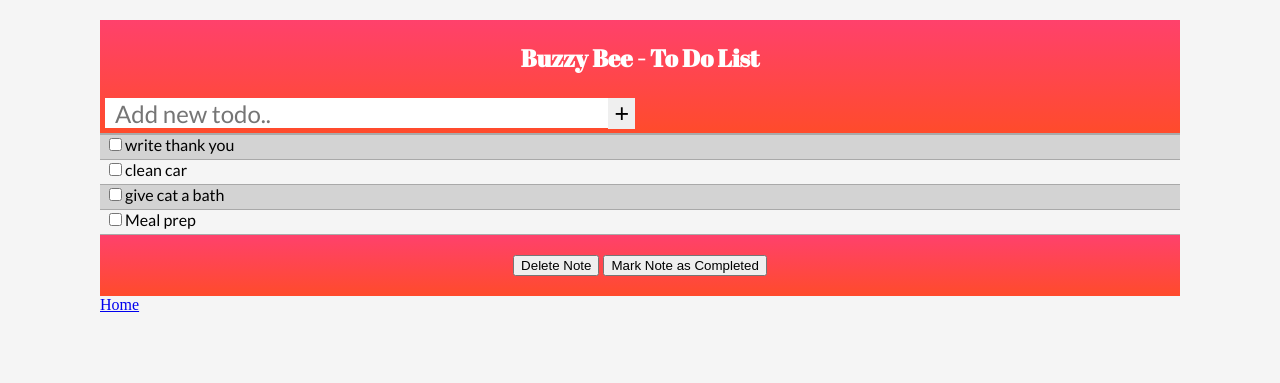
Repository: seleniadelgado/backend-spring2020-angie
Page: projects/todo/public_html/index.html
An editor plug-in stored every save of this project. The page is shown before and after the next save, followed by the edit.
The browser window is 1280 px wide. The pictures show the whole page.
The page's requests for data from a server got no answer.

Above is the page before, as saved 2020-05-13 16:08:25.

### projects/todo/public_html/index.html
<!DOCTYPE html>

<html lang="en">
    <head>
        <meta charset="utf-8">
        <title>Buzzy Bee <br> To Do List</title>
        <meta name="description" content="The HTML5 Herald">
        <meta name="author" content="SitePoint">
        <link rel="stylesheet" href="styles.css">
        <link href="https://fonts.googleapis.com/css2?family=Abril+Fatface&family=Lato&display=swap" rel="stylesheet">
        <script
            src="https://code.jquery.com/jquery-3.5.0.min.js"
            integrity="sha256-xNzN2a4ltkB44Mc/Jz3pT4iU1cmeR0FkXs4pru/JxaQ="
            crossorigin="anonymous">
        </script>
</head>
<body>
    <main>
    <div class="sectionTitle">
        <div class="appTitle">
            <h2>Buzzy Bee - To Do List</h2>
        </div>
        <div id="addNote">
            <input type="text" id="newNote" placeholder="Add new todo..">
            <button id="addBtn" type="button">+</button>
        </div>
    </div>

    <ul id="myList">
        <li><label class="container"><input type="checkbox"><span class="checkmark">write thank you</span></label></li>
        <li><label class="container"><input type="checkbox"><span class="checkmark">clean car</span></label></li>
        <li><label class="container"><input type="checkbox"><span class="checkmark">give cat a bath</span></label></li>
        <li><label class="container"><input type="checkbox"><span class="checkmark">Meal prep</span></label></li>
    </ul>
    <div class="buttonsArea">
        <button type="button">Delete Note</button>
        <button type="button">Mark Note as Completed</button>
    </div>

</main>




















    <a href="http://localhost:3000/">Home</a>



    <script>
        $(document).ready(() => {
            let objectToSend = {
                note: "Do somethings",
                author: "Nick"
            }

            $.post("http://localhost:3000/newNote", objectToSend, (dataToGet) => {
                console.log(dataToGet);
            });
            $.post("http://localhost:3000/readNotes", {}, (dataToGet) => {
                let allNotesArray = dataToGet.notes;

                console.log(allNotesArray);
            })
        })

        //import the data from default user
        // make JSON into JS with parse.
        //with the list we want to populate our ul.
        //use jquery to access the dom, grab the string
        //loop over notes
        //add the note as an li to the ul
        //  Create li with jquery.
        //  target the ul with jquery and append the li.
        //note: $('<li></li>'')
        //      $('ul') -> a jquery list which holds the ul.
        //      get 1st element from the array

    </script>
</body>
</html>

### projects/todo/public_html/styles.css
:root {
    --main-color: linear-gradient(#FF416C, #FF4B2B);
    --background-color: whitesmoke;
    --title-font: 'Abril Fatface', cursive, sans-serif;
    --list-font: 'Lato', sans-serif;
}

html {
    background: var(--background-color);
    height: 100%;
}
* {
    box-sizing: border-box;
}
body {
    margin: 0px 100px 75px 100px;
}

.sectionTitle {
    background: var(--main-color);
    text-align: center;
    border-bottom: 2px solid darkgray;
    margin-top: 0%;
    font-family: var(--title-font);
}

.appTitle h2 {
    color: white;
    padding-top: 2%;
}
#addNote {
    display: flex;
    align-items: flex-start;
    padding: 5px;
    height: 30px;
    width: 50%;
    margin-bottom: 10px;
    font-family: 'Gill Sans', 'Gill Sans MT', Calibri, 'Trebuchet MS', sans-serif;
}
#addBtn {
    margin-left: 0%;
    font-size: 25px;
    color: none;
    border: none;
    background: light-grey;
}
#newNote {
    border: none;
    width: 100%;
    height: 150%;
    font-size: 24px;
    font-family: var(--list-font);
    padding-left: 10px;
}

#myList li:nth-child(odd) {
    background: lightgray;
  }
#myList {
    list-style: none;
    padding: 0px;
    margin-top: 0px;
    margin-bottom: 0px;
}

#myList li {
    cursor: pointer;
    height: 25px;
    border-bottom: 1px solid darkgray;
    background-color: whitesmoke;
    padding-left: 5px;
    font-family: var(--list-font);
}
.container {
    font:
}
.buttonsArea {
    background: var(--main-color);
    text-align: center;
    padding: 20px;
}

After the next save:
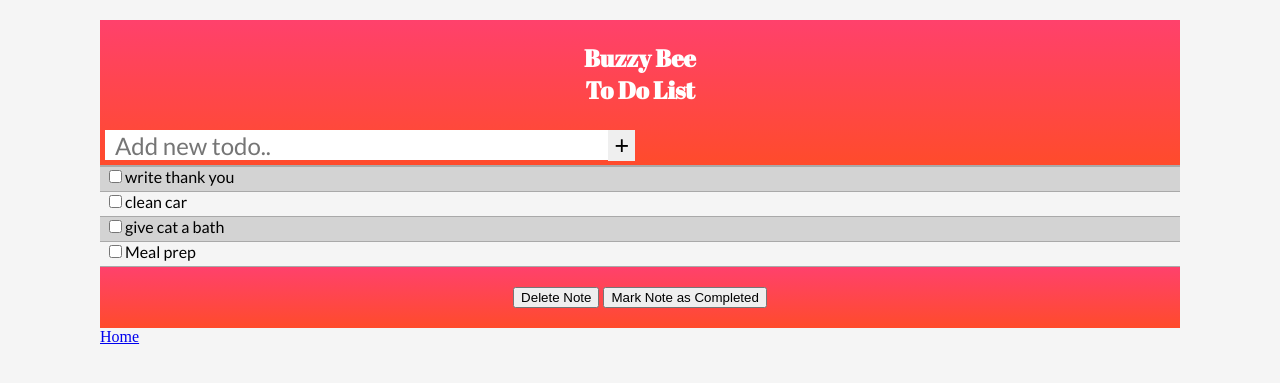
Saved 22 s later.
--- a/projects/todo/public_html/index.html
+++ b/projects/todo/public_html/index.html
@@ -3,7 +3,7 @@
 <html lang="en">
     <head>
         <meta charset="utf-8">
-        <title>Buzzy Bee <br> To Do List</title>
+        <title>Buzzy Bee - To Do List</title>
         <meta name="description" content="The HTML5 Herald">
         <meta name="author" content="SitePoint">
         <link rel="stylesheet" href="styles.css">
@@ -18,7 +18,7 @@
     <main>
     <div class="sectionTitle">
         <div class="appTitle">
-            <h2>Buzzy Bee - To Do List</h2>
+            <h2>Buzzy Bee <br> To Do List</h2>
         </div>
         <div id="addNote">
             <input type="text" id="newNote" placeholder="Add new todo..">
